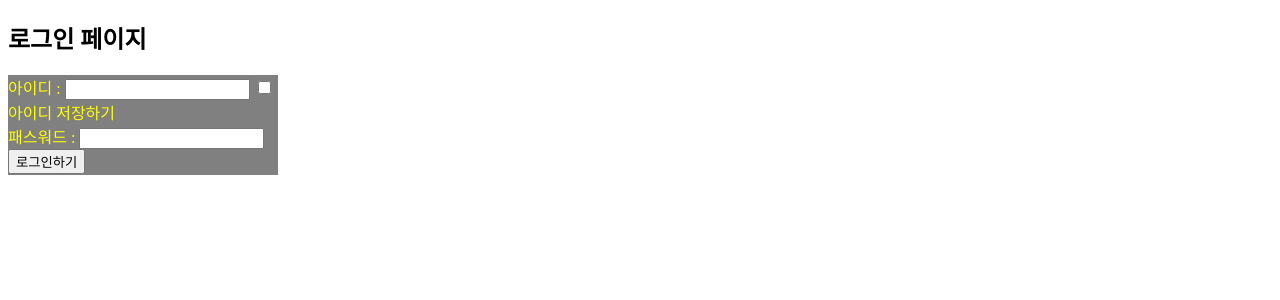
Repository: Park-Dongheon/Servlet-JSP_Training
Page: http://localhost/MustHaveJSP/05JDBC/IdSaveMain.jsp
The author's editor kept a copy of each file at every save. The page is drawn from the files as they stood at one save, then again after the next save.
The browser window is 1280 px wide. The pictures show the whole page.
The page is served by Tomcat 10. Other server files are loaded and not shown.

Above is the page before, as saved 2024-06-13 07:27:31.

### MustHaveJSP/src/main/webapp/05JDBC/IdSaveMain.jsp
<%@ page import="utils.CookieManager" %>
<%@ page language="java" contentType="text/html; charset=UTF-8"
    pageEncoding="UTF-8"%>
<%
String loginId = CookieManager.readCookie(request, "loginId");

String cookieCheck = "";
if (!loginId.equals("")) {
	cookieCheck = "checked";
}
%>
<!DOCTYPE html>
<html>
<head>
<meta charset="UTF-8">
<title>Cookie - 아이디 저장하기</title>
<style>
	form {
		position: ; top:100px; left:100px; color:yellow;
		width:270px; height:100px; background-color:gray;
	}
</style>
</head>
<body>
	<h2>로그인 페이지</h2>
	<form action="IdSaveProcess.jsp" method="post">
	아이디 : <input type="text" name="user_id" value="<%= loginId %>" />
		<input type="checkbox" name="save_check" value="Y" <%= cookieCheck %> />
		아이디 저장하기
	<br />
	패스워드 : <input type="text" name="user_pw" />
	<br />
	<input type="submit" value="로그인하기" />
	</form>
</body>
</html>

### MustHaveJSP/src/main/java/utils/CookieManager.java
package utils;

import jakarta.servlet.http.Cookie;
import jakarta.servlet.http.HttpServletRequest;
import jakarta.servlet.http.HttpServletResponse;

public class CookieManager {
	// 명시한 이름, 값, 유지 기간 조건으로 새로운 쿠키를 생성합니다.
	public static void makeCookie(HttpServletResponse response, String cName, String cValue, int cTime) {
		Cookie cookie = new Cookie(cName, cValue);		// 쿠키 생성
		cookie.setPath("/");			// 경로 설정
		cookie.setMaxAge(cTime);		// 유지 기간 설정
		response.addCookie(cookie);		// 응답 객체에 추가
	}

	// 명시한 이름의 쿠키를 찾아 그 값을 반환합니다.
	public static String readCookie(HttpServletRequest request, String cName) {
		String cookieValue = "";		// 반환 값

		Cookie[] cookies = request.getCookies();
		if (cookies != null) {
			for (Cookie c : cookies) {
				String cookieName = c.getName();
				if (cookieName.equals(cName)) {
					cookieValue = c.getValue();		// 반환 값 갱신
				}
			}
		}
		return cookieValue;
	}

	// 명시한 이름의 쿠키를 삭제합니다.
	public static void deleteCookie(HttpServletResponse response, String cName) {
		makeCookie(response, cName, "", 0);
	}

}

After the next save:
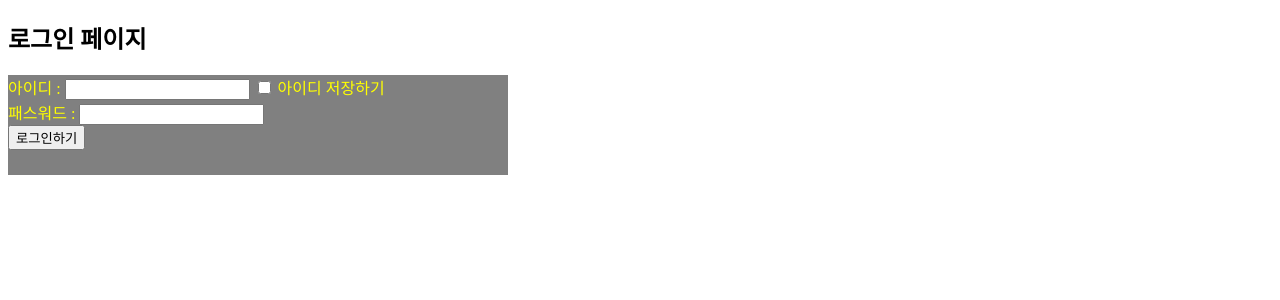
Saved 20 s later.
--- a/MustHaveJSP/src/main/webapp/05JDBC/IdSaveMain.jsp
+++ b/MustHaveJSP/src/main/webapp/05JDBC/IdSaveMain.jsp
@@ -17,7 +17,7 @@ if (!loginId.equals("")) {
 <style>
 	form {
 		position: ; top:100px; left:100px; color:yellow;
-		width:270px; height:100px; background-color:gray;
+		width:500px; height:100px; background-color:gray;
 	}
 </style>
 </head>
